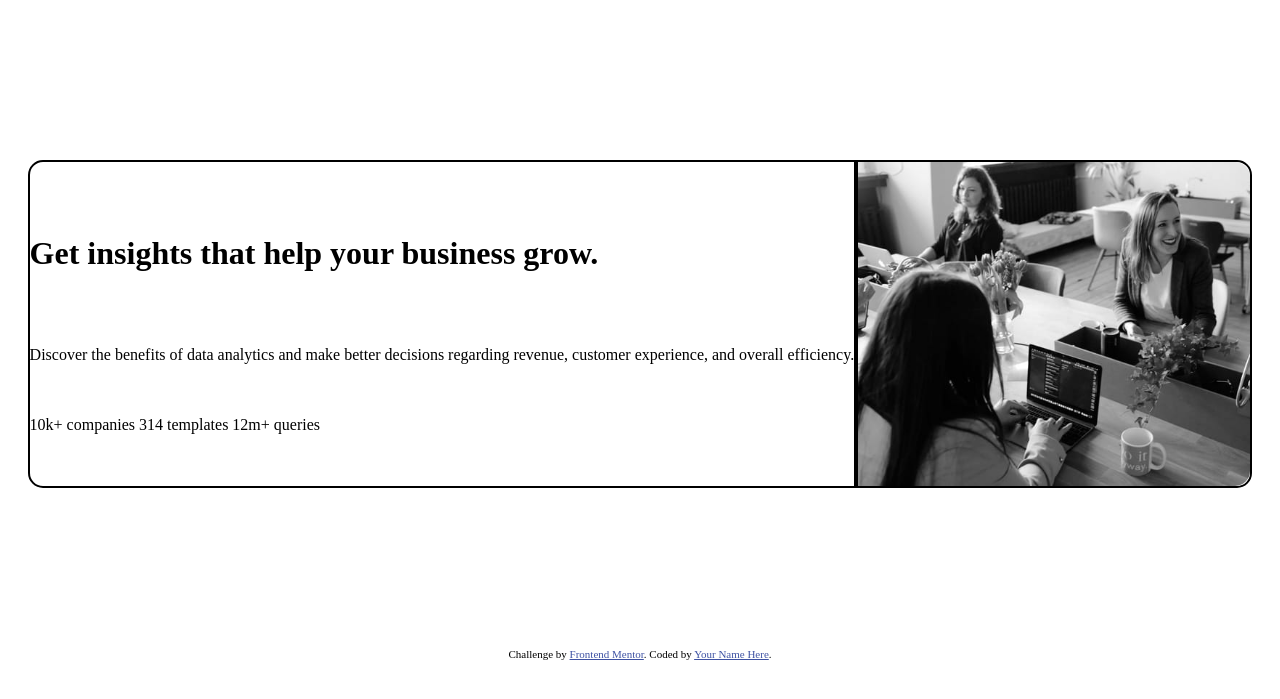
Repository: wasanmsn/Card_Challange
Page: index.html
An editor plug-in stored every save of this project. The page is shown before and after the next save, followed by the edit.
The browser window is 1280 px wide. The pictures show the whole page.

Above is the page before, as saved 2021-07-21 15:58:00.

After the next save:
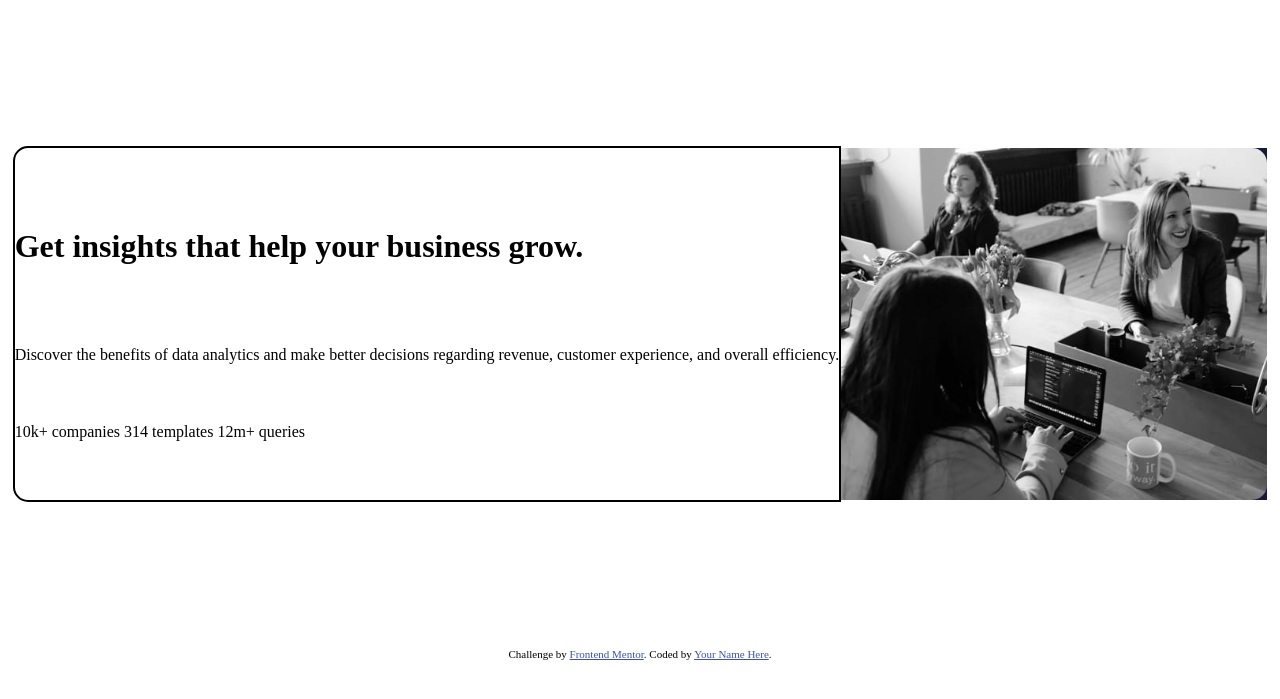
Not found: path/to/image.jpg
Saved 43 s later.
--- a/stylesheet.css
+++ b/stylesheet.css
@@ -14,14 +14,16 @@
     display: flex;
     flex-direction: column;
     justify-content: space-evenly;
-    height: 50%;
+    height: 22rem;
     border: 2px solid black;
     border-radius: 15px 0 0 15px;
 }
 .column2{
-    height: 50%;
-    border: 2px solid black;
-    border-radius: 0 15px 15px 0;
+    height: 22rem;
+    background-image: url('path/to/image.jpg');
+    background-repeat: no-repeat;
+    background-color: hsl(244, 38%, 16%);
+    background-blend-mode: multiply;
 }
 #img{
     height: 100%;
